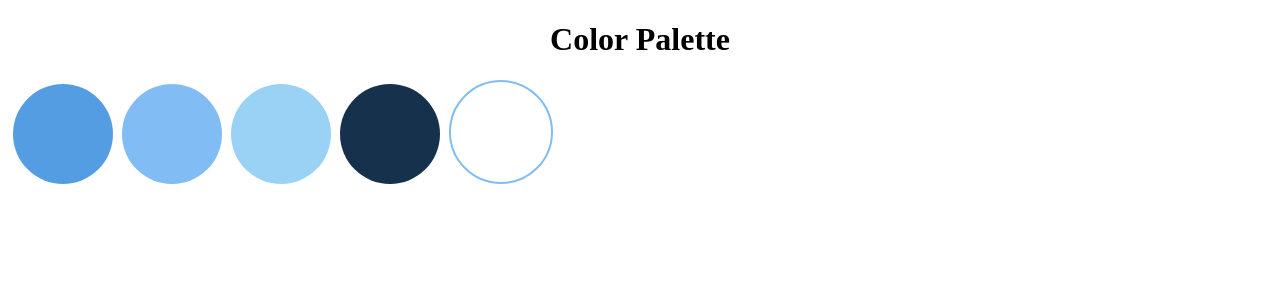
Repository: Pureum309/style_guide
Page: colorpaletteTypo.html
These files come from the project's save history. The page is drawn as it stood at one moment and after the next save; the edit follows.
The browser window is 1280 px wide. The pictures show the whole page.

Above is the page before, as saved 2022-03-03 20:33:46.

After the next save:
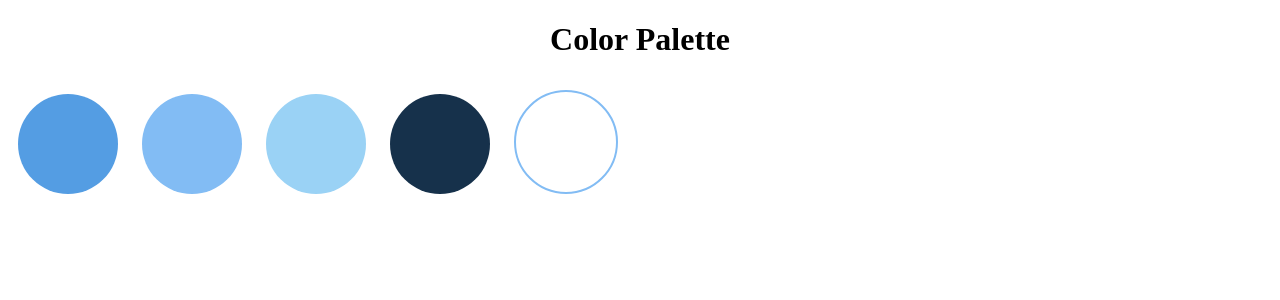
Saved 89 s later.
--- a/main.css
+++ b/main.css
@@ -1,6 +1,6 @@
 div {
     display: inline-block;
-    margin-left: 5px;
+    margin: 10px;
 }
 
 
